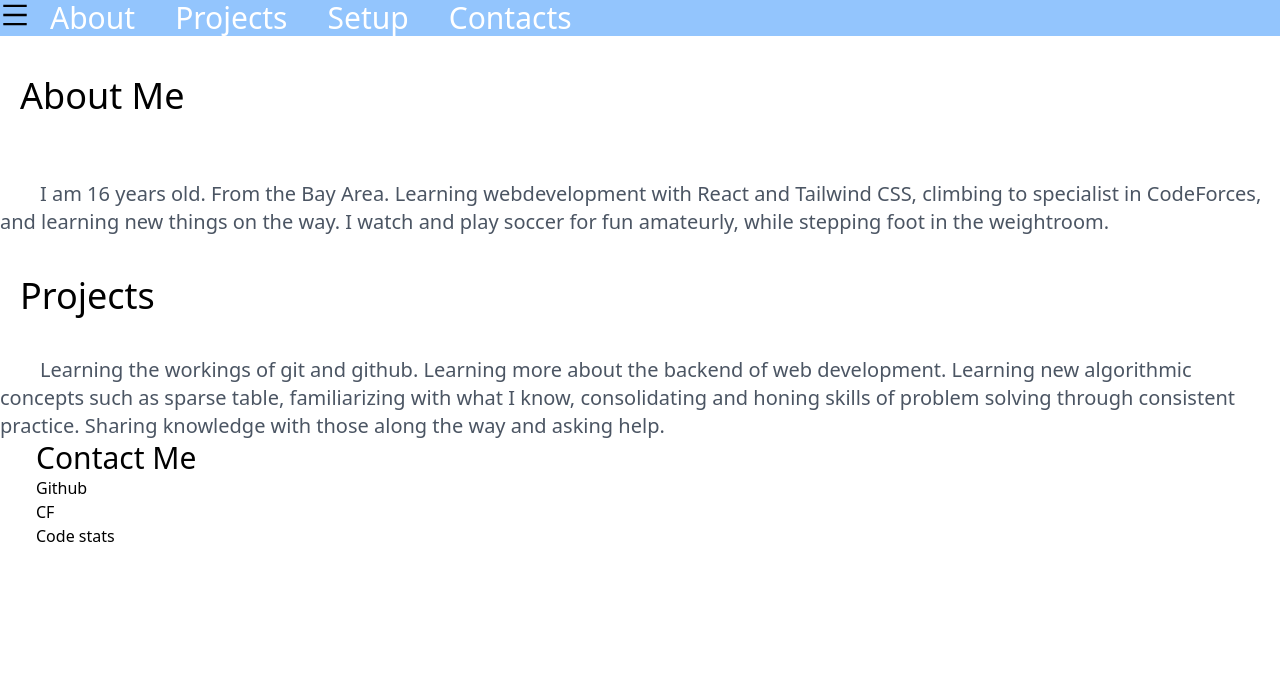
Repository: joshuayanggithub/joshua-yang-website
Page: /
An editor plug-in stored every save of this project. The page is shown before and after the next save, followed by the edit.
The browser window is 1280 px wide. The pictures show the whole page.
The project was rebuilt for these pictures with package versions that can differ from the ones it lists, and the page was loaded fresh each time.

Above is the page before, as saved 2023-01-07 16:10:39.

After the next save:
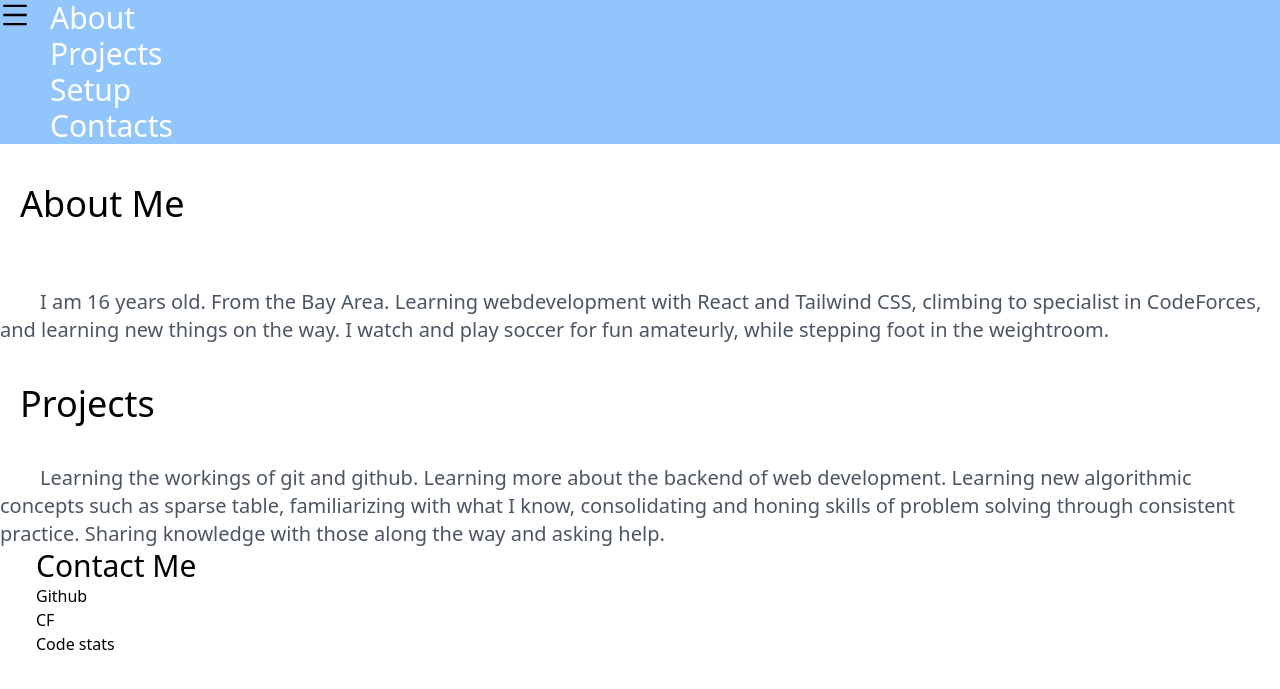
Saved 17 s later.
--- a/src/components/NavBar.jsx
+++ b/src/components/NavBar.jsx
@@ -15,7 +15,7 @@
         <AiOutlineMenu size={30}></AiOutlineMenu>
       </div>
 
-      <ul class="flex">
+      <ul>
         {
           links.map((links) =>
             <li>

After the 5 saves that followed:
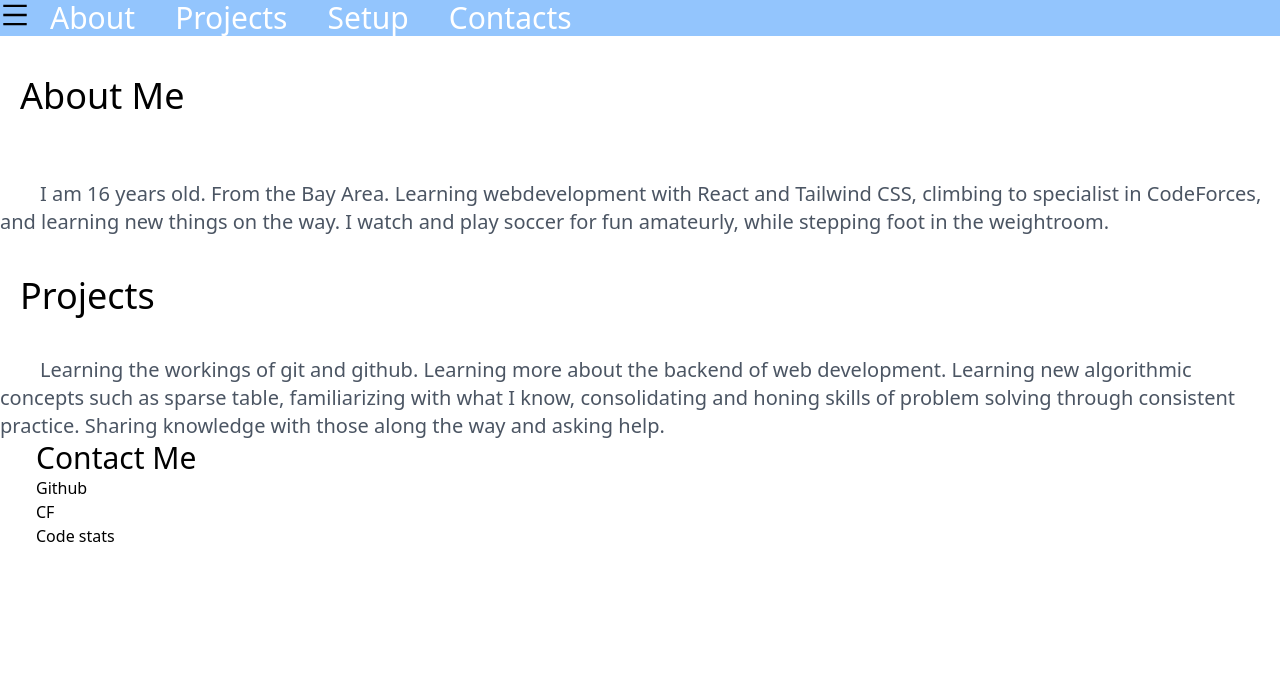
The 5 saves are shown as one change because 2 left the picture as it was and some came seconds apart.
The last was saved 41 s later.
--- a/src/components/NavBar.jsx
+++ b/src/components/NavBar.jsx
@@ -15,7 +15,7 @@
         <AiOutlineMenu size={30}></AiOutlineMenu>
       </div>
 
-      <ul>
+      <ul class="flex reverse-col">
         {
           links.map((links) =>
             <li>
